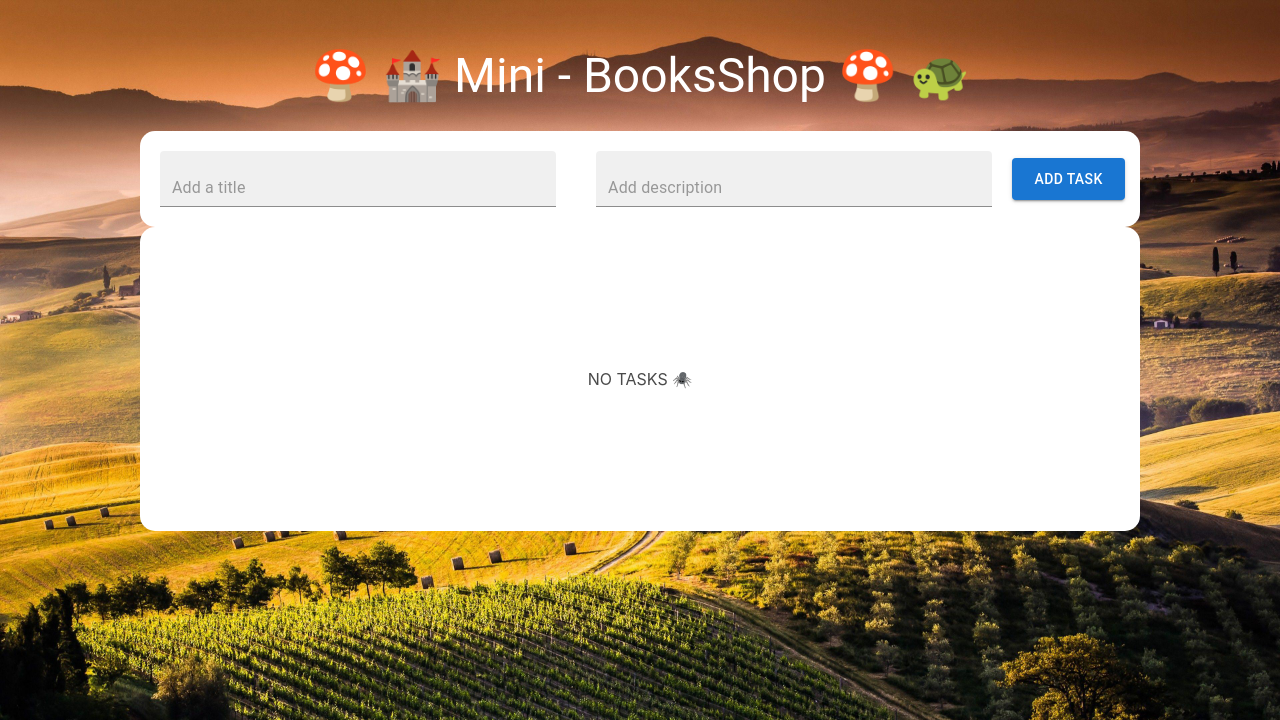
Repository: Tracy-maker/mini-bookshop
Page: /
These files come from the project's save history. The page is drawn as it stood at one moment and after the next save; the edit follows.
The browser window is 1280 px wide. The pictures show the whole page.
The project was rebuilt for these pictures with package versions that can differ from the ones it lists, and the page was loaded fresh each time. Also part of the build but not shown: src/components/TaskEdit.js, src/components/TaskShow.js.

Above is the page before, as saved 2023-09-21 13:29:04.

### src/index.js
import "./index.css";
import React from "react";
import ReactDOM from "react-dom/client";
import App from "./App";


const el = document.getElementById("root");
const root = ReactDOM.createRoot(el);

root.render(
  <React.StrictMode>
    <App />
  </React.StrictMode>
);

### src/App.js
import { useState, useEffect } from "react";
import CreateTask from "./components/CreateTask";
import TaskList from "./components/TaskList";
import { Box, Stack } from "@mui/material";
import styled from "styled-components";
import Typography from "@mui/material/Typography";
import Image1 from "./image/7.jpg";

const StyledContainer = styled(Stack)`
  height: 100vh;
  width: 100%;
  display: flex;
  align-items: stretch;
  padding-top: 3%;
  background-image: url(${Image1});
  background-size: cover;
  background-repeat: no-repeat;
`;

const TaskForm = styled(Box)`
  margin-left: auto;
  margin-right: auto;
  width: 1000px;
  background-color: white;
  border-radius: 15px;
  gap:20px;
  @media (max-width: 768px) {
    width: 100%;
  }
`;
const Title = styled(Typography)`
  color: white;
  margin: auto;
  width: 100%;
  padding: 10px;
  text-align: center;
`;

function App() {
  const [tasks, setTasks] = useState(() => {
    const localValue = localStorage.getItem("tasks");
    if (localValue == null) return [];
    return JSON.parse(localValue);
  });

  useEffect(() => {
    localStorage.setItem("tasks", JSON.stringify(tasks));
  }, [tasks]);

  const createTask = (title, description) => {
    const newTask = {
      id: crypto.randomUUID(),
      title: title,
      description: description,
      status: "inProgress",
    };

    const existingTasks = JSON.parse(localStorage.getItem("tasks")) || [];
    existingTasks.push(newTask);
    localStorage.setItem("tasks", JSON.stringify(existingTasks));
    setTasks(existingTasks);
  };

  const deleteTasksById = (id) => {
    const existingTasks = JSON.parse(localStorage.getItem("tasks")) || [];
    const updatedTasks = existingTasks.filter((task) => {
      return task.id !== id;
    });
    localStorage.setItem("tasks", JSON.stringify(updatedTasks));
    setTasks(updatedTasks);
  };

  const editTaskById = (id, newTitle, newDescription) => {
    const existingTasks = JSON.parse(localStorage.getItem("tasks")) || [];
    const taskToEdit = existingTasks.findIndex((task) => task.id === id);

    if (taskToEdit) {
      const updatedTask = {
        ...taskToEdit,
        title: newTitle,
        description: newDescription,
      };

      const updatedTasks = existingTasks.map((task) =>
        task.id === id ? updatedTask : task
      );
      localStorage.setItem("tasks", JSON.stringify(updatedTasks));
      setTasks(updatedTasks);
    }
  };

  return (
    <StyledContainer>
      <Title variant="h3" gutterBottom>
        🍄 🏰 Mini - BooksShop 🍄 🐢
      </Title>
      <TaskForm>
        <CreateTask onCreate={createTask} />
      </TaskForm>
      <TaskForm>
        <TaskList
          tasks={tasks}
          onDelete={deleteTasksById}
          onEdit={editTaskById}
        />
      </TaskForm>
    </StyledContainer>
  );
}
export default App;

### src/components/CreateTask.js
import * as React from "react";
import Stack from "@mui/material/Stack";
import TextField from "@mui/material/TextField";
import Button from "@mui/material/Button";
import { useState } from "react";
import { styled } from "@mui/material";

const Input = styled(TextField)`
  padding:2%;
  width: 80%;
`;

const AddButton = styled(Button)`
  margin: auto;
  width: 20%;
  padding: 9px;
  text-align: center;
  margin-right: 15px;
`;

function CreateTask(props) {
  const [title, setTitle] = useState("");
  const [description, setDescription] = useState("");

  const handleChange = (event) => {
    const { name, value } = event.target;
    if (name === "title") {
      setTitle(value);
    } else if (name === "description") {
      setDescription(value);
    }
  };

  const handleSubmit = (event) => {
    event.preventDefault();
    if (title.trim() !== "" || description.trim() !== "") {
      props.onCreate( title, description );
      setTitle("");
      setDescription("");
    }
  };

  return (
    <Stack onSubmit={handleSubmit} component="form" direction="row">
      <Input
        name="title"
        value={title}
        onChange={handleChange}
        placeholder="Add a title"
        variant="filled"
      />
      <Input
        name="description"
        value={description}
        onChange={handleChange}
        placeholder="Add description"
        variant="filled"
      />
      <AddButton type="submit" variant="contained">
        Add Task
      </AddButton>
    </Stack>
  );
}

export default CreateTask;

### src/components/TaskList.js
import React from "react";
import TaskShow from "./TaskShow";
import { Box } from "@mui/material";
import styled from "styled-components";

const Reminder = styled(Box)`
  text-align: center;
  padding: ${(props) => (props.noTasks ? "14%" : "0")};
`;

function TaskList(props) {
  const renderedTasksList = props.tasks.map((task) => {
    return (
      <TaskShow
        key={task.id}
        task={task}
        onDelete={props.onDelete}
        onEdit={props.onEdit}
        toggleCheckedBoxById={props.toggleCheckedBoxById}
      />
    );
  });

  return (
    <>
      <Reminder noTasks={props.tasks.length === 0}>
        {props.tasks.length === 0 && "NO TASKS 🕷️"}
      </Reminder>
      {renderedTasksList}
    </>
  );
}

export default TaskList;

Loaded but not shown: public/index.html (common file); src/index.css (library)

After the next save:
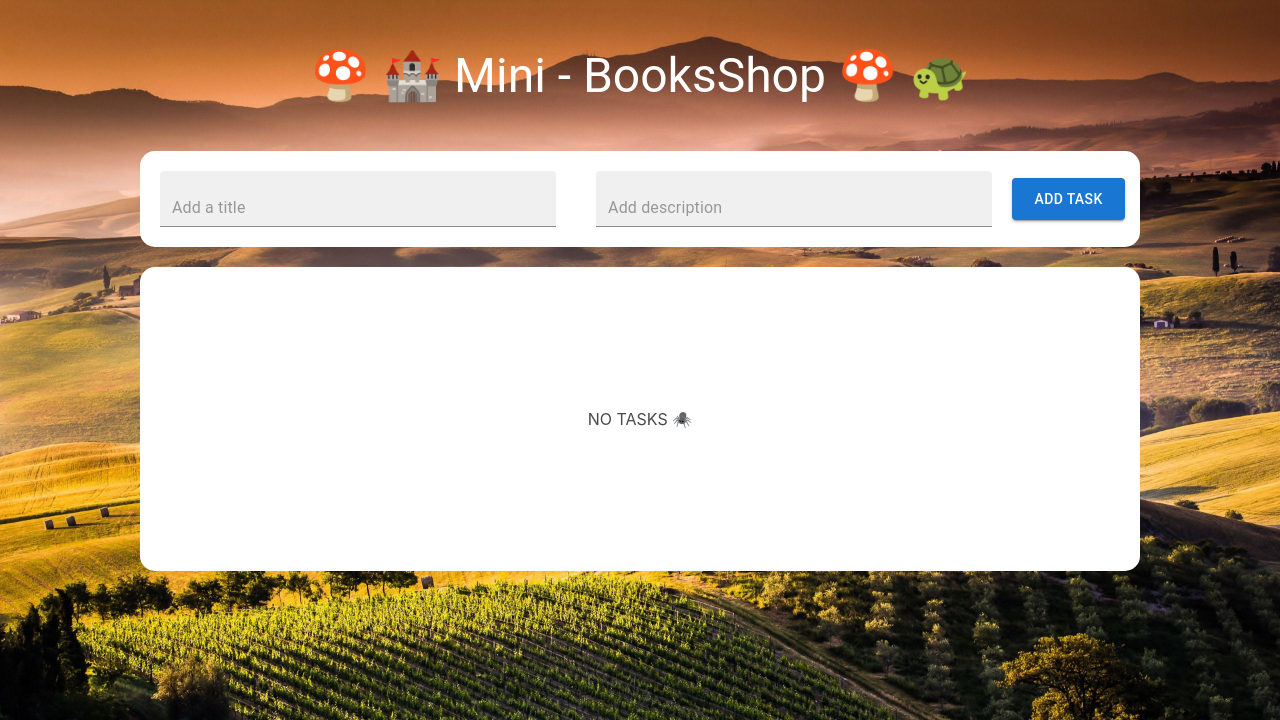
Saved 21 s later.
--- a/src/App.js
+++ b/src/App.js
@@ -15,6 +15,7 @@ const StyledContainer = styled(Stack)`
   background-image: url(${Image1});
   background-size: cover;
   background-repeat: no-repeat;
+  gap: 20px;
 `;
 
 const TaskForm = styled(Box)`
@@ -23,7 +24,7 @@ const TaskForm = styled(Box)`
   width: 1000px;
   background-color: white;
   border-radius: 15px;
-  gap:20px;
+
   @media (max-width: 768px) {
     width: 100%;
   }
